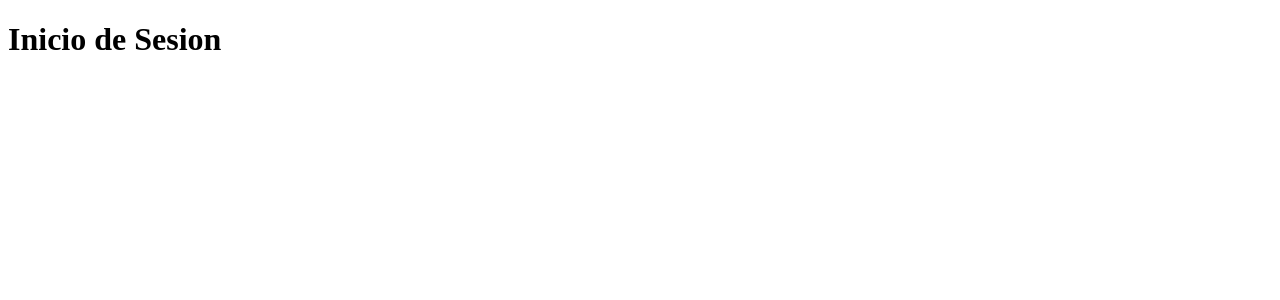
Repository: leonardorlopez8/JavaWebAPI59758
Page: http://localhost/Sesiones/Formulario.jsp
The author's editor kept a copy of each file at every save. The page is drawn from the files as they stood at one save, then again after the next save.
The browser window is 1280 px wide. The pictures show the whole page.
The page is served by Tomcat 9. Other server files are loaded and not shown.

Above is the page before, as saved 2022-09-16 21:17:00.

### Sesiones/src/main/webapp/Formulario.jsp
<%@ page language="java" contentType="text/html; charset=ISO-8859-1"
    pageEncoding="ISO-8859-1"%>
<!DOCTYPE html>
<html>
<head>
<meta charset="ISO-8859-1">
<title>Insert title here</title>
</head>
<body>

   <h1>Inicio de Sesion</h1>

    <form action="#"></form>




</body>
</html>

After the next save:
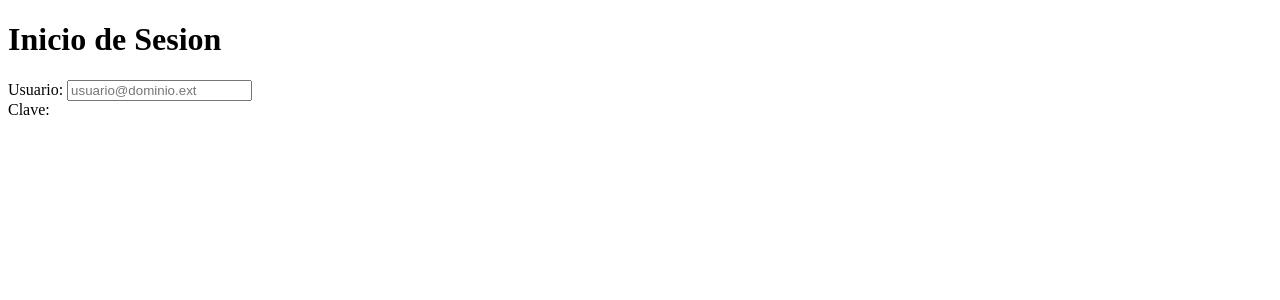
Saved 2 min 51 s later.
--- a/Sesiones/src/main/webapp/Formulario.jsp
+++ b/Sesiones/src/main/webapp/Formulario.jsp
@@ -1,5 +1,5 @@
 <%@ page language="java" contentType="text/html; charset=ISO-8859-1"
-    pageEncoding="ISO-8859-1"%>
+	pageEncoding="ISO-8859-1"%>
 <!DOCTYPE html>
 <html>
 <head>
@@ -8,9 +8,19 @@
 </head>
 <body>
 
-   <h1>Inicio de Sesion</h1>
+	<h1>Inicio de Sesion</h1>
 
-    <form action="#"></form>
+	<form action="#" method="POST">
+
+		<div>
+			<label for="correo"> Usuario: </label> <input type="email"
+				id="correo" name="correo" placeholder="usuario@dominio.ext" required />
+
+		</div>
+
+		<div>
+			<label for="clave">Clave: </label>
+	</form>
 
 
 
